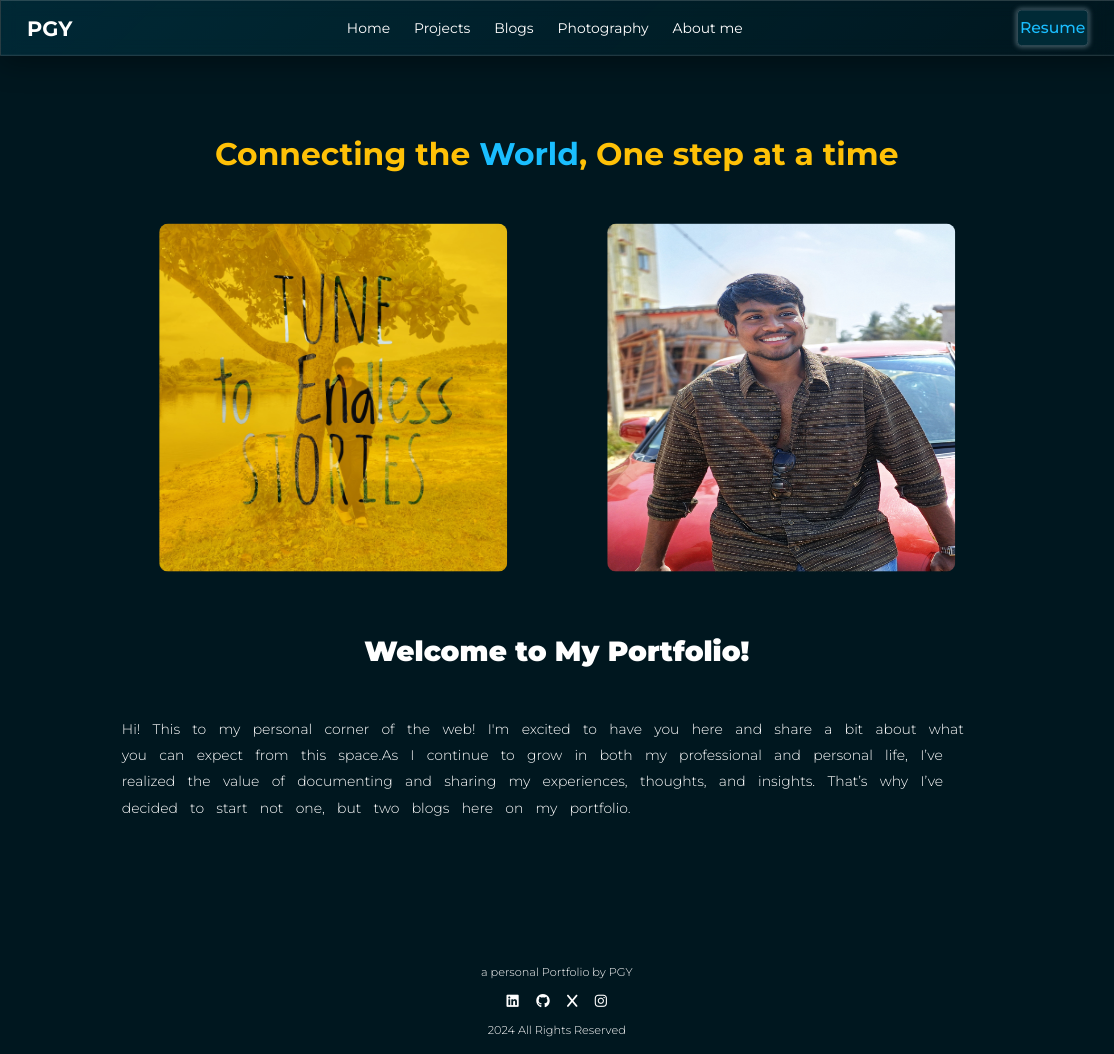
Repository: pgyunknown/pgyunknown
Page: blog.html
These files come from the project's save history. The page is drawn as it stood at one moment and after the next save; the edit follows.
The browser window is 1280 px wide. The pictures show the whole page, at 87% of full size.
Some web libraries are served in a nearby version.

Above is the page before, as saved 2024-08-14 20:55:24.

After the next save:
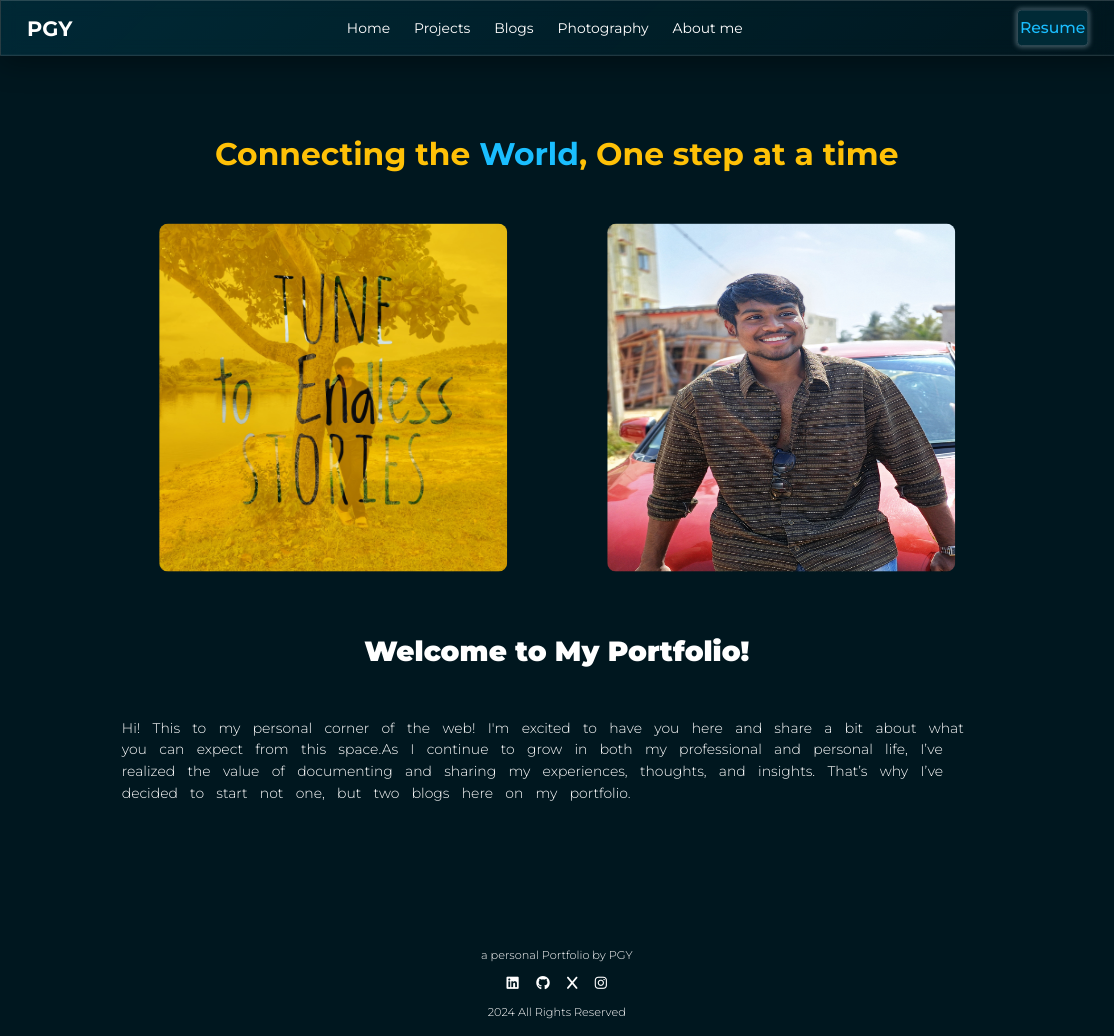
Saved 4 s later.
--- a/blog.css
+++ b/blog.css
@@ -174,7 +174,7 @@ main article{
     font-style: normal;
 
     word-spacing: 10px;
-    line-height: 30px;
+    line-height: 25px;
 }
 
 
